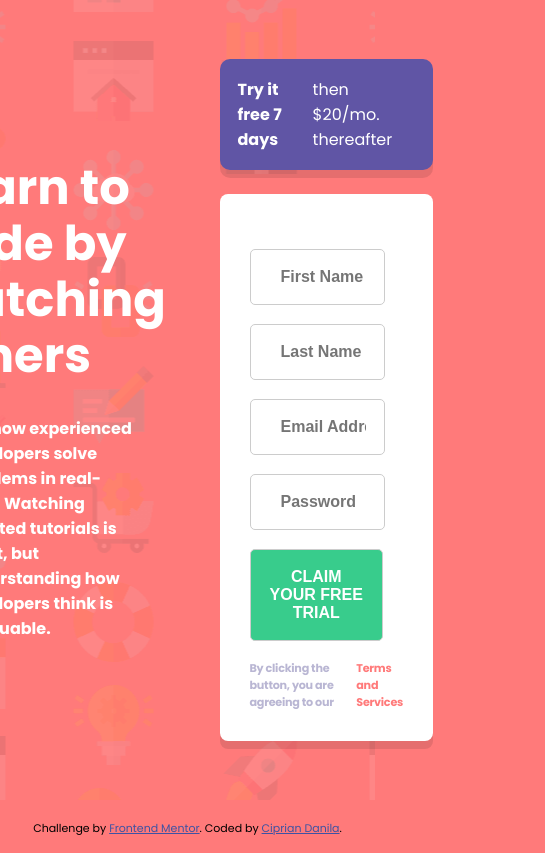
Repository: cipdanila/intro-component-with-sign-up-form
Page: index.html
The author's editor kept a copy of each file at every save. The page is drawn from the files as they stood at one save, then again after the next save.
The browser window is 375 px wide. The page is 545 px wide, then 385 px, so the pictures cover 545 px, including what lies to the right of the window. The pictures show the whole page.

Above is the page before, as saved 2024-02-14 16:42:12.

### index.html
<!DOCTYPE html>
<html lang="en">
    <head>
        <meta charset="UTF-8" />
        <meta name="viewport" content="width=device-width, initial-scale=1.0" />
        <!-- displays site properly based on user's device -->

        <link rel="icon" type="image/png" sizes="32x32" href="./images/favicon-32x32.png" />
        <link rel="stylesheet" href="styles.css" />
        <title>Frontend Mentor | Intro component with sign up form</title>
    </head>
    <body>
        <main>
            <div class="container">
                <section class="info">
                    <h1 class="learn">Learn to code by watching others</h1>
                    <p>
                        See how experienced developers solve problems in real-time. Watching scripted tutorials is great, but
                        understanding how developers think is invaluable.
                    </p>
                </section>
                <section class="container-form">
                    <h2 class="price"><span class="promo">Try it free 7 days</span> then $20/mo. thereafter</h2>
                    <div class="form">
                        <form action="">
                            <label for="fname"> </label><br />
                            <input type="text" name="fname" id="fname" class="input-field" placeholder="First Name" required />
                            <span class="error-message" id="fname-error">First Name cannot be empty</span>
                            <label for="lname"> </label><br />
                            <input type="text" name="lname" id="lname" placeholder="Last Name" required />
                            <span class="error-message" id="lname-error">Last Name cannot be empty</span>
                            <label for="email"> </label><br />
                            <input type="email" name="email" id="email" placeholder="Email Address" required />
                            <span class="error-message" id="email-error">Looks like this is not an email</span>
                            <span class="error-message" id="email-error2">Email Adress cannot be empty</span>
                            <label for="password"></label>
                            <input type="password" name="password" id="password" placeholder="Password" required />
                            <span class="error-message" id="password-error">Password cannot be empty</span>
                            <button type="submit" id="login-button">Claim your free trial</button>
                            <p>By clicking the button, you are agreeing to our <span class="terms">Terms and Services</span></p>
                        </form>
                    </div>
                </section>
            </div>
        </main>

        <footer>
            <div class="attribution">
                Challenge by
                <a
                    href="https://www.frontendmentor.io/challenges/intro-component-with-signup-form-5cf91bd49edda32581d28fd1/hub"
                    target="_blank"
                    rel="noopener noreferer"
                    >Frontend Mentor</a
                >. Coded by <a href="https://github.com/cipdanila" target="_blank" rel="noopener noreferer">Ciprian Danila</a>.
            </div>
        </footer>
    </body>
</html>

### styles.css
@import url("https://fonts.googleapis.com/css2?family=Poppins:wght@400;500;600;700&display=swap");

:root {
    /* Colors */
    /* Primary */
    --red: hsl(0, 100%, 74%);
    --green: hsl(154, 59%, 51%);
    /* Accent */
    --blue: hsl(248, 32%, 49%);
    /* Neutral */
    --dark-blue: hsl(249, 10%, 26%);
    --grayish-blue: hsl(246, 25%, 77%);
    --white: #fff;
    /* Other variables */
    --font-size-base: 1rem; /* 16px */
    --font-weight-base: 400;
}

*,
*::after,
*::before {
    margin: 0;
    padding: 0;
    box-sizing: border-box;
}

body,
html {
    font-family: "Poppins", sans-serif;
    font-size: var(--font-size-base);
    font-weight: var(--font-weight-base);
    background-color: var(--red);
}
main {
    display: flex;
    justify-content: center;
    align-items: center;
    height: 100vh;
    background-color: var(--red);
    background-image: url("./images/bg-intro-desktop.png");
    background-size: cover;
    background-position: center;
    width: 100%;
}

.container {
    display: flex;
    flex-direction: row;
    align-items: center;
    justify-content: center;
    padding: 5rem;
}

section {
    max-width: 100%;
    width: 50%;
    display: flex;
    flex-direction: column;
    align-items: center;
    justify-content: center;
    padding: 2rem;
}

.learn {
    font-size: 3rem;
    font-weight: 700;
    color: #fff;
    line-height: 3.5rem;
    padding: 1rem;
}

.info p {
    color: var(--white);
    padding: 1rem;
    font-weight: 700;
}

.form {
    background-color: #fff;
    padding: 1.875rem;
    border-radius: 0.5rem;
    box-shadow: rgba(0, 0, 0, 0.1) 0px 0.5rem;
    display: flex;
    flex-direction: column;
    align-items: center;
    justify-content: center;
}

.price {
    width: 100%;
    font-size: 1rem;
    font-weight: 400;
    box-shadow: rgba(0, 0, 0, 0.1) 0px 0.5rem;
    display: flex;
    align-items: center;
    justify-content: center;
    background-color: var(--blue);
    color: #fff;
    padding: 1.125rem;
    border-radius: 0.625rem;
    margin-bottom: 1.5rem;
}

.price span {
    font-weight: 700;
    margin-right: 0.25rem;
}

input[type="text"],
input[type="email"],
input[type="password"] {
    width: calc(100% - 1.125rem);
    padding: 1.125rem;
    margin-bottom: 1.200rem;
    border-radius: 5px;
    border: 1px solid #ccc;
    color: var(--dark-blue);
    font-size: 1rem;
    font-weight: 700;
    text-indent: 0.75rem;
}

input {
    border-style: none;
    outline: none;
}

input:focus {
    border: 1px solid var(--blue);
}

.input-field {
    border: 1px solid var(--dark-blue);
}

.input-field.input-error {
    border-color: var(--red);
}

.input-field.input-error::after {
    content: "";
    position: absolute;
    top: 50%;
    right: 10px;
    transform: translateY(-50%);
    width: 10px;
    height: 10px;
    background-image: url(./images/icon-error.svg);
    background-size: contain;
    background-color: var(--red);
    border-radius: 50%;
}

.error-message {
    display: none;
    color: var(--red);
    font-size: 12px;
    margin-top: 5px;
}

.error-message.show {
    display: block;
}

button {
    background-color: var(--green);
    color: #fff;
    cursor: pointer;
    width: calc(100% - 1.25rem);
    padding: 1.125rem;
    margin-bottom: 1.200rem;
    border-radius: 5px;
    border: 1px solid #ccc;
    font-size: 1rem;
    font-weight: 700;
    text-transform: uppercase;
}

button:hover {
    background-color: hsl(154, 59%, 68%);
    cursor: pointer;
}

form p {
    color: var(--grayish-blue);
    font-size: 0.7rem;
    font-weight: 700;
    letter-spacing: -0.016rem;
    display: flex;
    align-items: center;
    justify-content: center;
}

.terms {
    color: var(--red);
    padding-left: 4px;
    font-weight: 700;
}

footer {
    margin-top: 20px;
    text-align: center;
}

.attribution {
    font-size: 11px;
    text-align: center;
}

.attribution a {
    color: hsl(228, 45%, 44%);
}

After the next save:
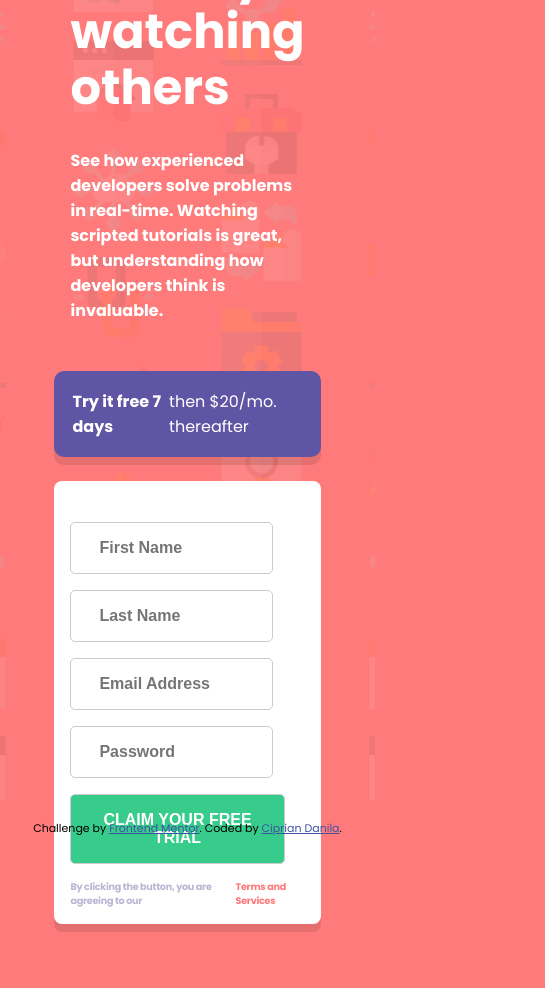
Saved 5 min 9 s later.
--- a/styles.css
+++ b/styles.css
@@ -210,3 +210,37 @@
 .attribution a {
     color: hsl(228, 45%, 44%);
 }
+
+@media screen and (max-width: 1440px) {
+    .container {
+        flex-direction: column;
+        padding: 3rem;
+    }
+    section {
+        width: 100%;
+        padding: 1rem;
+    }
+}
+
+@media screen and (max-width: 375px) {
+    .form {
+        padding: 1rem;
+    }
+    input[type="text"],
+    input[type="email"],
+    input[type="password"] {
+        width: calc(100% - 2rem);
+        padding: 1rem;
+        margin-bottom: 1rem;
+    }
+    .error-message {
+        font-size: 10px;
+    }
+    button {
+        padding: 1rem;
+        margin-bottom: 1rem;
+    }
+    form p {
+        font-size: 0.6rem;
+    }
+}
